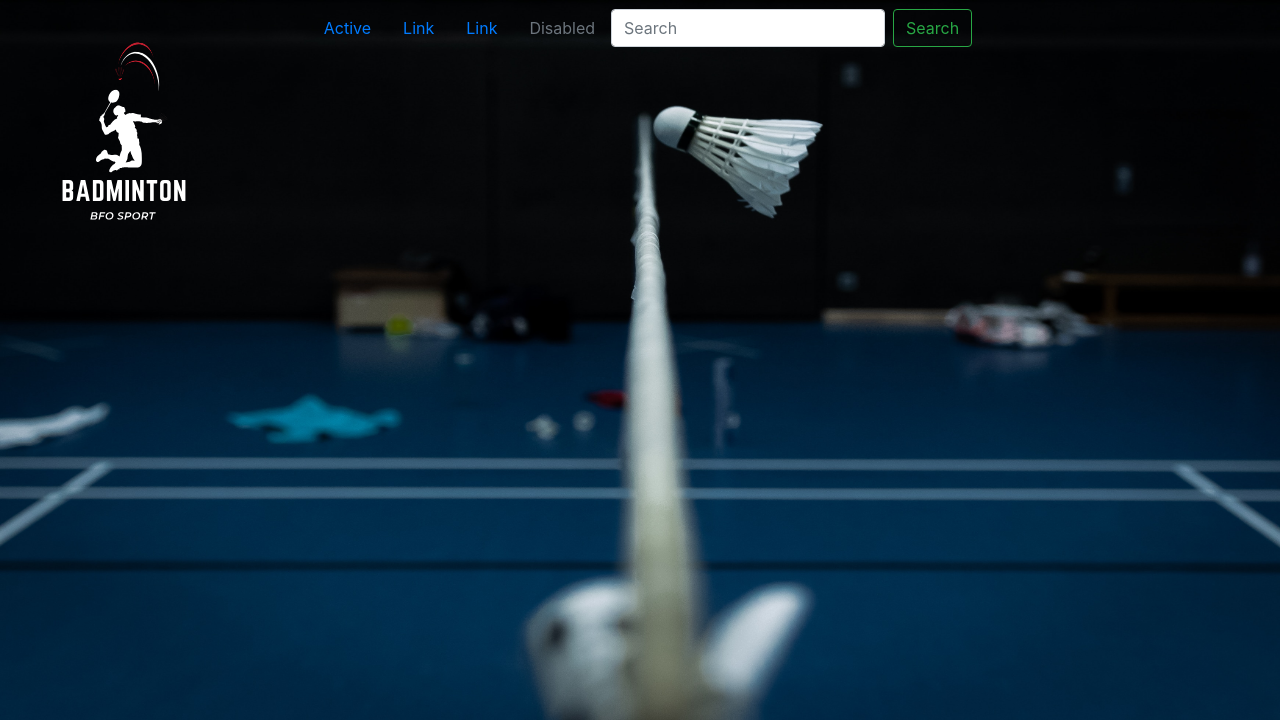
Repository: tsthuy/Badminton
Page: index.html
The author's editor kept a copy of each file at every save. The page is drawn from the files as they stood at one save, then again after the next save.
The browser window is 1280 px wide. The pictures show the whole page.
Some web libraries are served in a nearby version.

Above is the page before, as saved 2023-10-13 20:59:10.

### index.html
<!DOCTYPE html>
<html lang="en">
<head>
    <meta charset="UTF-8">
    <meta name="viewport" content="width=device-width, initial-scale=1.0">
    <link rel="stylesheet" href="https://cdn.jsdelivr.net/npm/bootstrap@4.0.0/dist/css/bootstrap.min.css" integrity="sha384-Gn5384xqQ1aoWXA+058RXPxPg6fy4IWvTNh0E263XmFcJlSAwiGgFAW/dAiS6JXm" crossorigin="anonymous">
    <link rel="stylesheet" href="main.css">

    <title>Badminton</title>
</head>
<body>
<div class="">
    <img class="logo" src="./Image/sport center (1).svg" />
</div>
<nav class="navbar navbar-expand-lg navbar-light bg-light nav_center" style="background-color: transparent !important;
">
<ul class="nav justify-content-center">
  <li class="nav-item">
    <a class="nav-link active" href="#">Active</a>
  </li>
  <li class="nav-item">
    <a class="nav-link" href="#">Link</a>
  </li>
  <li class="nav-item">
    <a class="nav-link" href="#">Link</a>
  </li>
  <li class="nav-item">
    <a class="nav-link disabled" href="#">Disabled</a>
  </li>
</ul>
<form class="form-inline my-2 my-lg-0">
    <input class="form-control mr-sm-2" type="search" placeholder="Search" aria-label="Search">
    <button class="btn btn-outline-success my-2 my-sm-0" type="submit">Search</button>
  </form>
</nav>
   <div class="background_cover">

    <img class="bg_img" src="./Image/stephan-rothe-VePgmkq3hHI-unsplash.jpg" alt="" style="">
   </div>

</body>

<script src="https://code.jquery.com/jquery-3.2.1.slim.min.js" integrity="sha384-KJ3o2DKtIkvYIK3UENzmM7KCkRr/rE9/Qpg6aAZGJwFDMVNA/GpGFF93hXpG5KkN" crossorigin="anonymous"></script>
<script src="https://cdn.jsdelivr.net/npm/popper.js@1.12.9/dist/umd/popper.min.js" integrity="sha384-ApNbgh9B+Y1QKtv3Rn7W3mgPxhU9K/ScQsAP7hUibX39j7fakFPskvXusvfa0b4Q" crossorigin="anonymous"></script>
<script src="https://cdn.jsdelivr.net/npm/bootstrap@4.0.0/dist/js/bootstrap.min.js" integrity="sha384-JZR6Spejh4U02d8jOt6vLEHfe/JQGiRRSQQxSfFWpi1MquVdAyjUar5+76PVCmYl" crossorigin="anonymous"></script>
    </script>
</html>

### main.css
.logo
{
    width: 300px;
   position: absolute;
   left: -26px;
   top: 0;
}
.bg_img
{
    height: 100vh;
    width: 100%;
    margin-top: -56px;
}

.nav_center
{
    display: flex;
    justify-content: center;
}

After the next save:
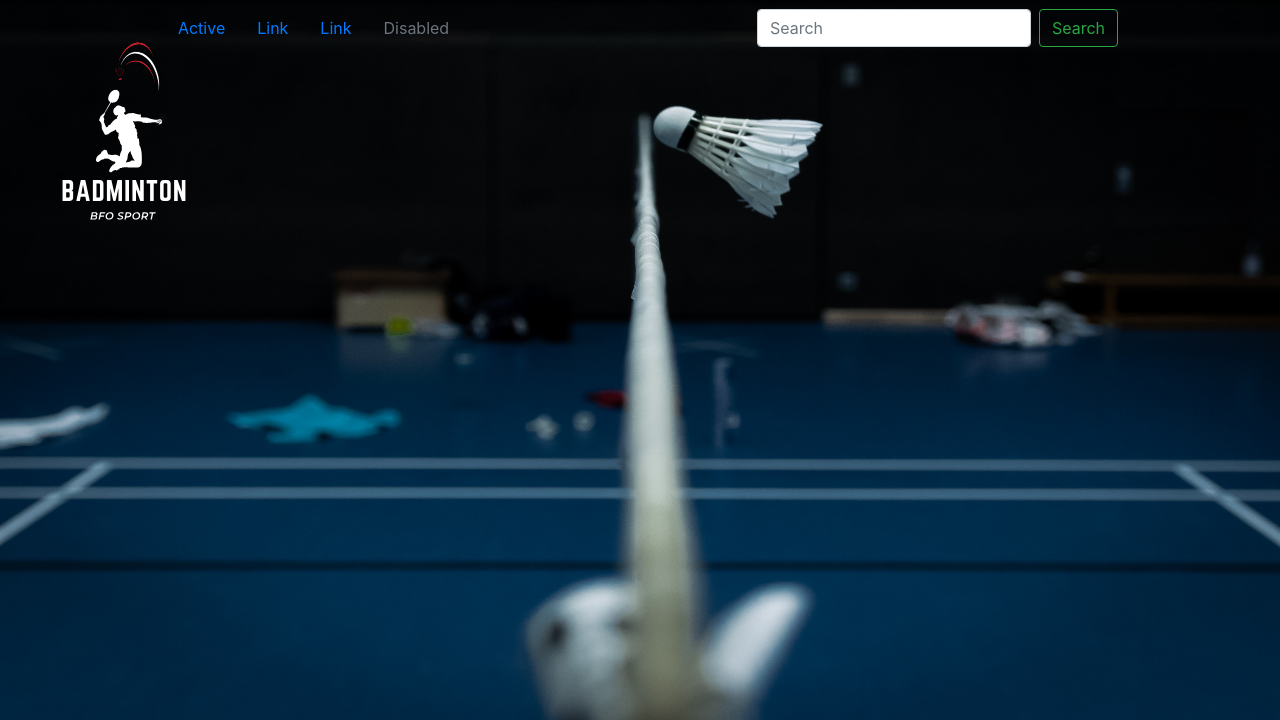
Saved 21 s later.
--- a/main.css
+++ b/main.css
@@ -15,5 +15,5 @@
 .nav_center
 {
     display: flex;
-    justify-content: center;
+    justify-content: space-around;
 }
